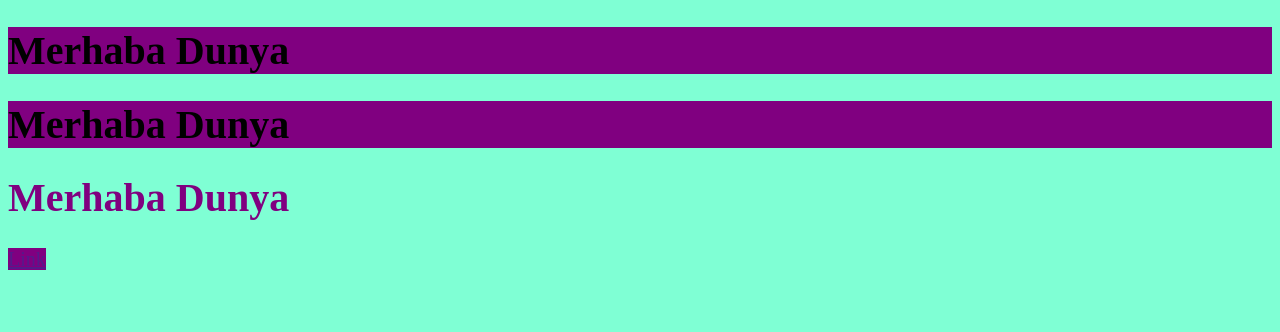
Repository: Kubraaygun/Html_Css_Login
Page: index.html
These files come from the project's save history. The page is drawn as it stood at one moment and after the next save; the edit follows.
The browser window is 1280 px wide. The pictures show the whole page.

Above is the page before, as saved 2025-03-04 17:28:15.

After the next save:
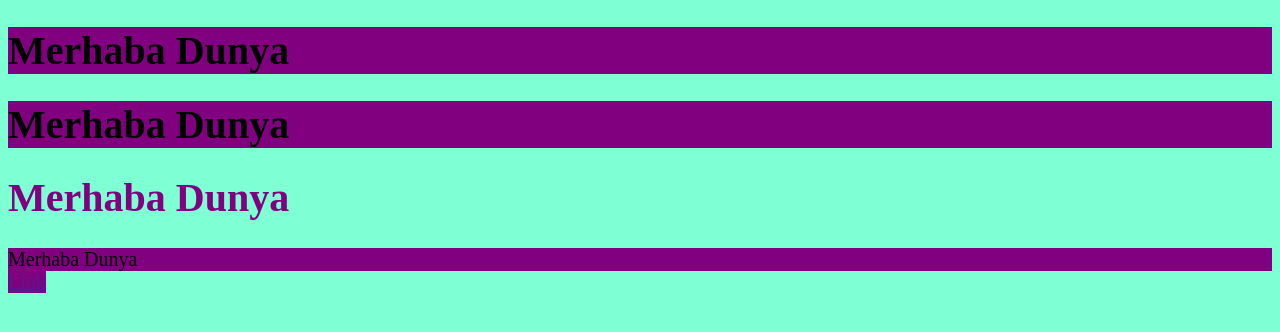
Saved 62 s later.
--- a/index.html
+++ b/index.html
@@ -20,9 +20,11 @@
   </head>
 
   <body>
+    <!-- Block Elementler -->
     <h1 class="h1">Merhaba Dunya</h1>
     <h1 class="h1">Merhaba Dunya</h1>
     <h1 id="h1">Merhaba Dunya</h1>
+    <div class="h1">Merhaba Dunya</div>
 
     <a class="h1" href="">Link</a>
   </body>
